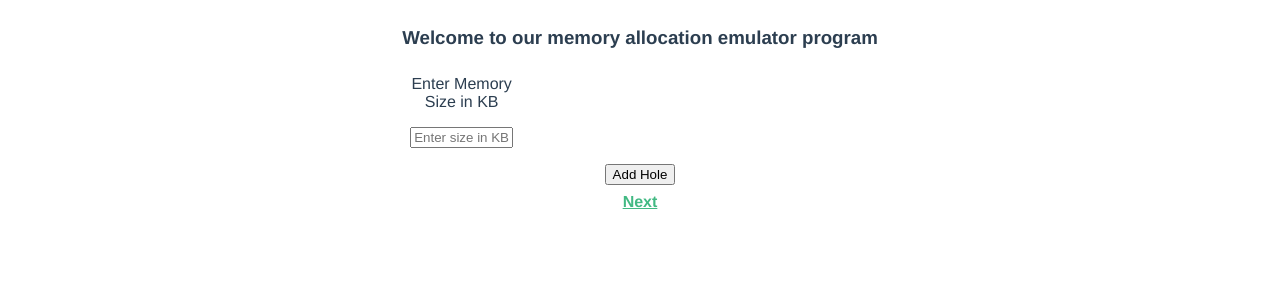
Repository: atout811/memory-allocation-project
Page: /
The author's editor kept a copy of each file at every save. The page is drawn from the files as they stood at one save, then again after the next save.
The browser window is 1280 px wide. The pictures show the whole page.
The project was rebuilt for these pictures with package versions that can differ from the ones it lists, and the page was loaded fresh each time. Also part of the build but not shown: src/views/Process.vue, src/views/Methods.vue, src/views/Final.vue.

Above is the page before, as saved 2021-06-06 18:50:15.

### src/App.vue
<template>
  <router-view v-slot="{ Component }">
    <transition name="fade" mode="out-in">
      <component :is="Component" />
    </transition>
  </router-view>
</template>
<script>
import MemHole from "./views/MemoryAndHoles.vue";
export default {
  name: "App",
  components: { MemHole },
};
</script>
<style lang="scss">
#app {
  font-family: Avenir, Helvetica, Arial, sans-serif;
  -webkit-font-smoothing: antialiased;
  -moz-osx-font-smoothing: grayscale;
  text-align: center;
  color: #2c3e50;
  display: flex;
  flex-direction: column;
  align-items: center;
}
a {
  font-weight: bold;
  color: #42b983;

  &.router-link-exact-active {
    color: #42b983;
  }
}
.fade-enter-active,
.fade-leave-active {
  transition: opacity 0.5s ease;
}
.fade-enter-from, .fade-leave-to /* .fade-leave-active below version 2.1.8 */ {
  opacity: 0;
}
</style>

### src/router/index.js
import { createRouter, createWebHashHistory } from "vue-router";
import Process from "../views/Process";
import MemoryAndHoles from "../views/MemoryAndHoles";
import Methods from "../views/Methods";
import Final from "../views/Final";

const routes = [
  {
    path: "/",
    name: "Home",
    component: MemoryAndHoles,
  },
  {
    path: "/process",
    name: "Process",
    component: Process,
  },
  {
    path: "/methods",
    name: "Methods",
    component: Methods,
  },
  {
    path: "/final",
    name: "Final",
    component: Final,
  },
];

const router = createRouter({
  history: createWebHashHistory(),
  routes,
});

export default router;

### src/store/index.js
import { createStore } from "vuex";

export default createStore({
  state: {
    input: {
      memSize: "",
      Holes: [],
      Processes: [],
      Method: "",
    },
  },
  mutations: {},
  actions: {},
  modules: {},
});

### src/views/MemoryAndHoles.vue
<template>
  <transition>
    <div class="wrapper">
      <h3>Welcome to our memory allocation emulator program</h3>
      <div class="memory">
        <span>Enter Memory Size in KB</span>
        <input
          type="text"
          placeholder="Enter size in KB"
          v-model="memorySize"
        />
      </div>
      <div class="holes">
        <input type="button" value="Add Hole" @click="handleClick" />
        <div v-for="(hole, index) in holes" :key="index">
          <span>Enter Hole start address</span>
          <input
            type="text"
            placeholder="Enter Start address"
            v-model="holes[index].starting"
          />
          <span>Enter Hole size</span>
          <input
            type="text"
            placeholder="Enter hole size"
            v-model="holes[index].size"
          />
        </div>
      </div>
      <router-link to="/process" @click="handleNext">Next</router-link>
    </div>
  </transition>
</template>
<script>
import store from "../store";
export default {
  name: "MemHole",
  store,
  data() {
    return {
      memorySize: "",
      holes: [],
    };
  },
  methods: {
    handleClick: function () {
      this.holes = [...this.holes, { starting: "", size: "" }];
      console.log(this.holes);
    },
    handleNext: function () {
      console.log(this.$store.state);
      this.$store.state.input.memSize = this.memorySize;
      this.$store.state.input.Holes = this.holes;
      console.log(this.$store.state);
    },
  },
};
</script>

<style scoped>
.memory {
  display: flex;
  flex-direction: column;
  max-width: 25%;
}
span {
  margin: 8px;
}
input {
  margin: 8px;
}
</style>

Loaded but not shown: public/index.html (common file); src/main.js (common file)

After the next save:
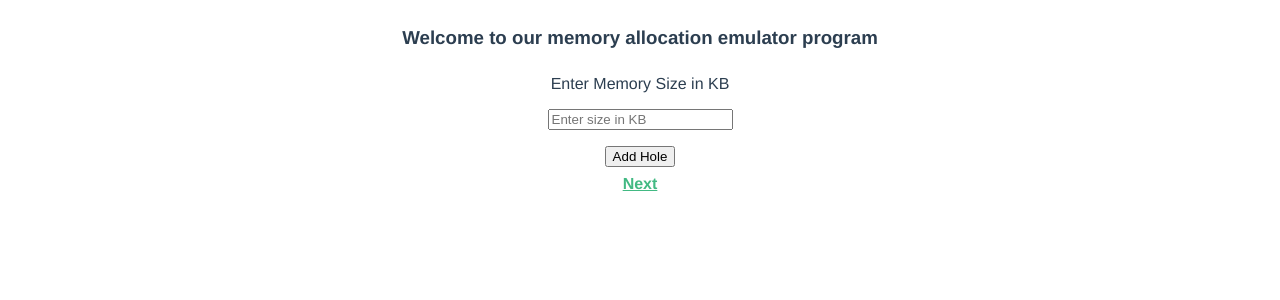
Saved 40 s later.
--- a/src/views/MemoryAndHoles.vue
+++ b/src/views/MemoryAndHoles.vue
@@ -58,6 +58,13 @@
 </script>
 
 <style scoped>
+.wrapper {
+  width: 100%;
+  display: flex;
+  justify-content: center;
+  align-items: center;
+  flex-direction: column;
+}
 .memory {
   display: flex;
   flex-direction: column;
